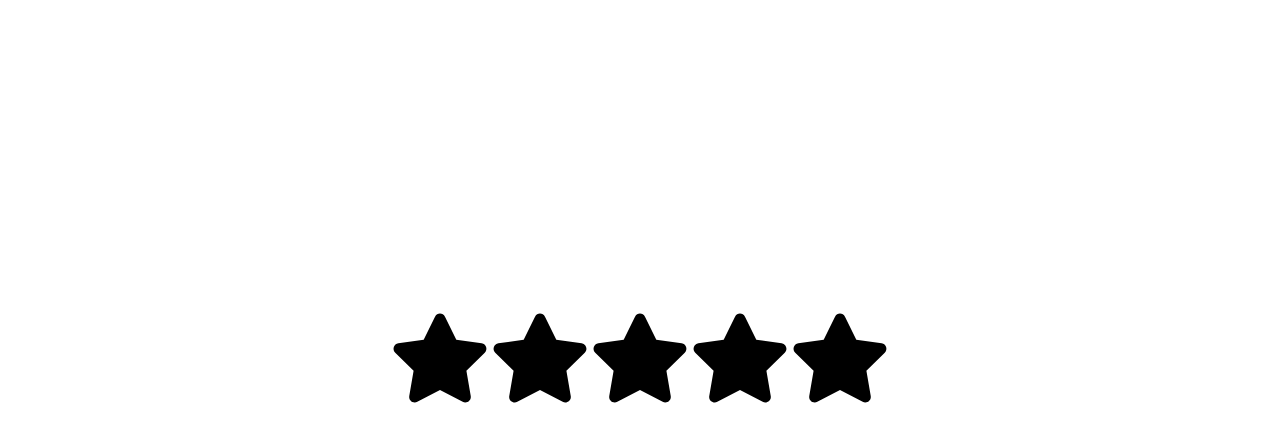
Repository: praveen-javali/star-rating
Page: /
The author's editor kept a copy of each file at every save. The page is drawn from the files as they stood at one save, then again after a run of saves.
The browser window is 1280 px wide. The pictures show the whole page.
The project was rebuilt for these pictures with package versions that can differ from the ones it lists, and the page was loaded fresh each time.

Above is the page before, as saved 2022-12-18 16:31:59.

### src/App.js
import "./App.css";
import StarRating from "./components/StarRating.component";

function App() {
  return (
    <div className="App">
      <StarRating />
    </div>
  );
}

export default App;

### src/App.css
.App {
  display: flex;
  justify-content: center;
  align-items: center;
  min-height: 100vh;
}
input[type="radio"] {
  display: none;
}
.star {
  cursor: pointer;
}

### src/components/StarRating.component.jsx
import React, { useState } from "react";
import { FaStar } from "react-icons/fa";

const StarRating = () => {
  const [rating, setRating] = useState(null);
  return (
    <div>
      {[...Array(5)].map((star, index) => {
        const starValue = index + 1;
        return (
          <label key={index}>
            <input
              type="radio"
              name="rating"
              value={starValue}
              onClick={() => {
                setRating(starValue);
              }}
            />
            <FaStar
              className="star"
              color={starValue <= rating ? "#ffc107" : "#e4e59"}
              size={100}
            />
          </label>
        );
      })}
    </div>
  );
};

export default StarRating;

Loaded but not shown: public/index.html (common file); src/index.js (common file); src/index.css (common file); src/reportWebVitals.js (common file)

After the next 2 saves:
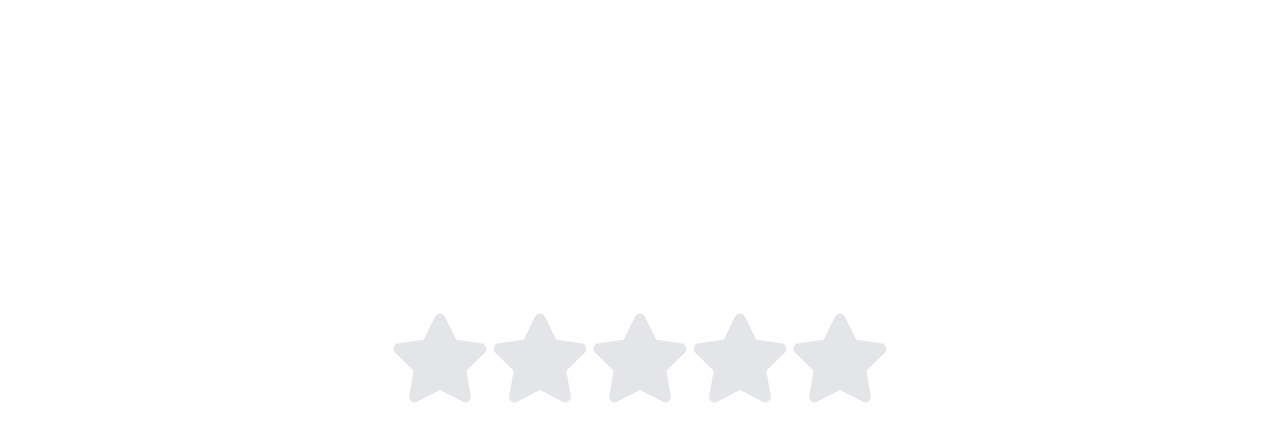
The 2 saves are shown as one change because they came seconds apart.
The last was saved 9 s later.
--- a/src/components/StarRating.component.jsx
+++ b/src/components/StarRating.component.jsx
@@ -19,7 +19,7 @@
             />
             <FaStar
               className="star"
-              color={starValue <= rating ? "#ffc107" : "#e4e59"}
+              color={starValue <= rating ? "#ffc107" : "#e4e5e9"}
               size={100}
             />
           </label>

After the save that followed:
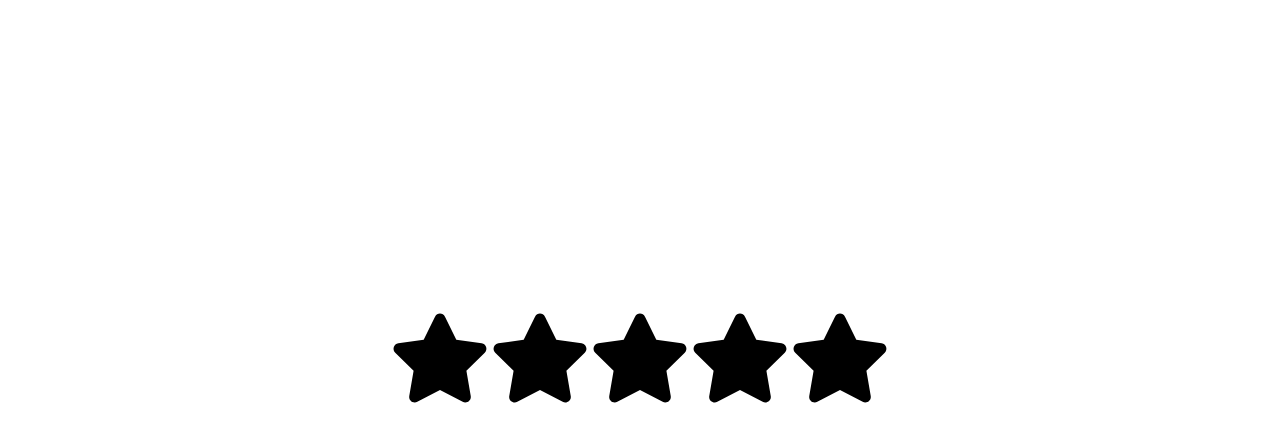
Saved 4 s later.
--- a/src/components/StarRating.component.jsx
+++ b/src/components/StarRating.component.jsx
@@ -19,7 +19,7 @@
             />
             <FaStar
               className="star"
-              color={starValue <= rating ? "#ffc107" : "#e4e5e9"}
+              color={starValue <= rating ? "#ffc107" : "#e4e5e"}
               size={100}
             />
           </label>
